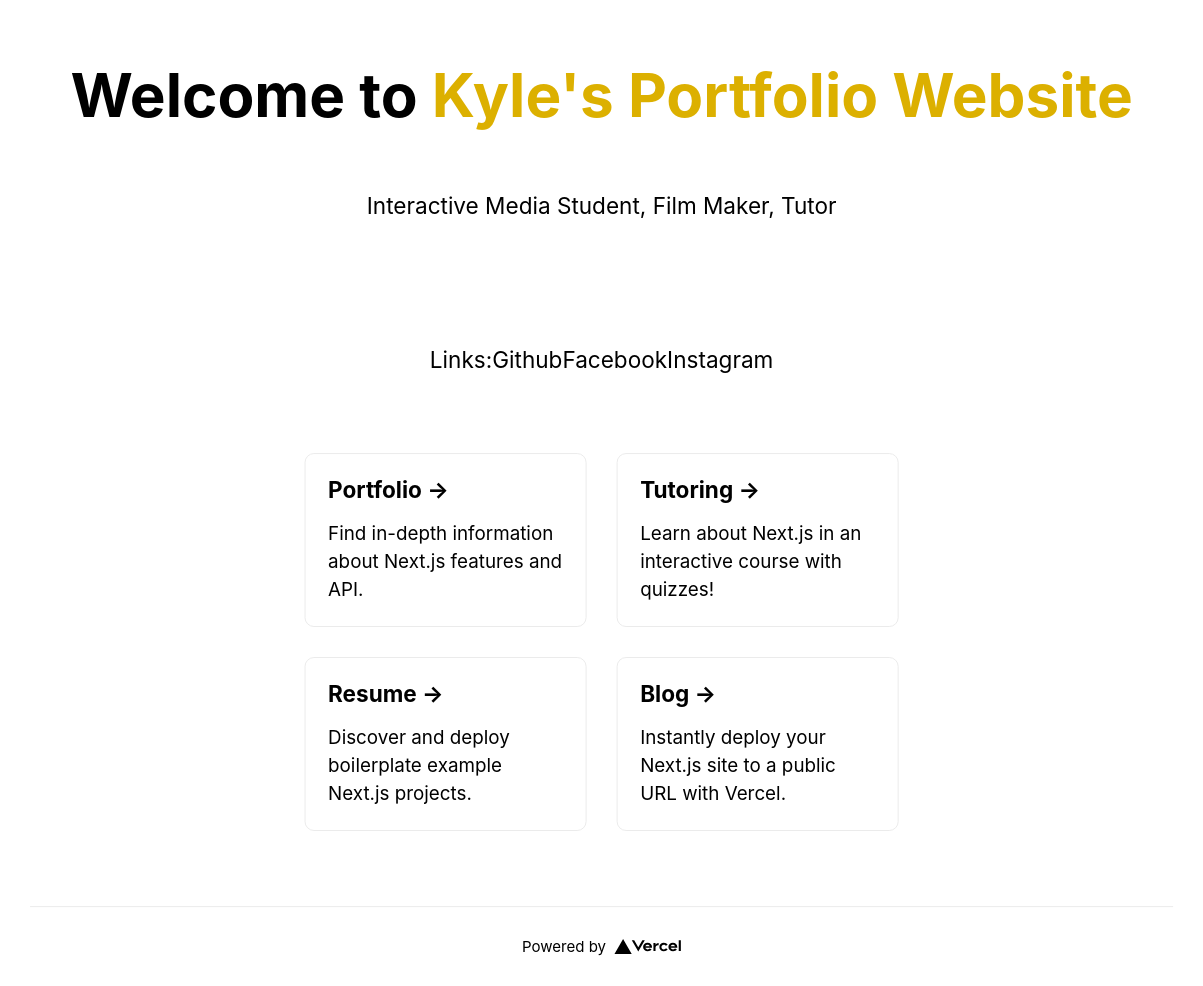
Repository: neomort/CL-portfolio-site
Page: /
An editor plug-in stored every save of this project. The page is shown before and after the next save, followed by the edit.
The browser window is 1280 px wide. The pictures show the whole page, at 94% of full size.
The project was rebuilt for these pictures with package versions that can differ from the ones it lists, and the page was loaded fresh each time. The framework's server and built-in components were replaced by stand-ins that run in the browser. Also part of the build but not shown: next.config.js.

Above is the page before, as saved 2021-12-14 14:23:20.

After the next save:
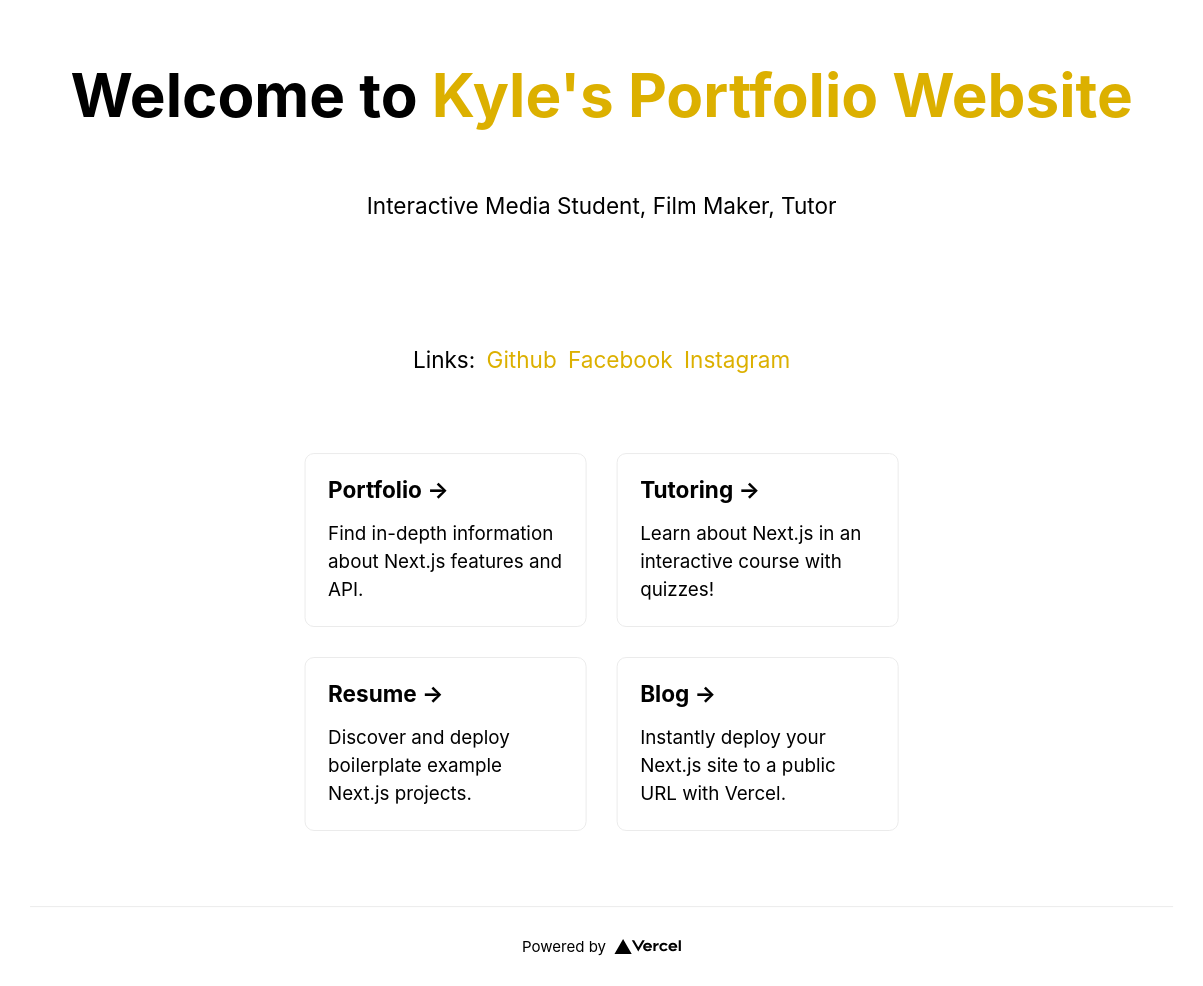
Saved 94 s later.
--- a/styles/Home.module.css
+++ b/styles/Home.module.css
@@ -54,6 +54,12 @@
   margin: 4rem 0;
   line-height: 1.5;
   font-size: 1.5rem;
+}
+
+.description a{
+  padding-left: 0.75rem;
+  color: #dcb000;
+  text-decoration: none;
 }
 
 .code {
